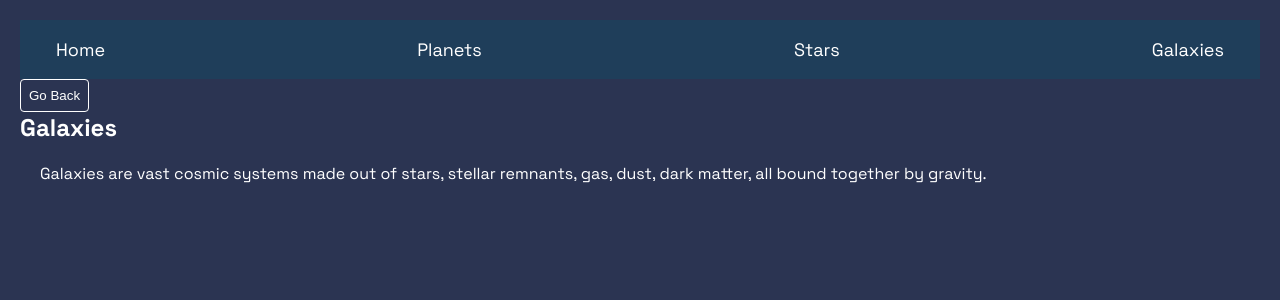
Repository: rmdayberry/Cosmic-Encyclopedia
Page: /galaxies
The author's editor kept a copy of each file at every save. The page is drawn from the files as they stood at one save, then again after the next save.
The browser window is 1280 px wide. The pictures show the whole page.
The project was rebuilt for these pictures with package versions that can differ from the ones it lists, and the page was loaded fresh each time. Also part of the build but not shown: vite.config.js, src/pages/Homepage.js.

Above is the page before, as saved 2024-08-31 16:05:56.

### index.html
<!DOCTYPE html>
<html lang="en">
  <head>
    <meta charset="UTF-8" />
    <meta name="viewport" content="width=device-width, initial-scale=1.0" />
    <title>Cosmic Encyclopedia</title>
  </head>
  <body>
    <div id="root"></div>
    <script type="module" src="/src/main.jsx"></script>
  </body>
</html>

### src/App.jsx
import { BrowserRouter as Router, Routes, Route } from "react-router-dom";
import NavBar from "./NavBar";
import NavigateBackButton from "./NavigateBackButton";

//pages
import Homepage from "./pages/Homepage";
import ContentPage from "./pages/ContentPage";

function App() {
  return (
    <Router>
      <NavBar />
      <NavigateBackButton />
      <Routes>
        <Route path="/" element={<Homepage />} />
        <Route path="/:id" element={<ContentPage />} />
      </Routes>
    </Router>
  );
}

export default App;

### src/index.css
@import url("https://fonts.googleapis.com/css2?family=Space+Grotesk:wght@300..700&display=swap");

:root {
  --primary: #1f3e5a;
  --secondary: #2b3452;
}

body {
  margin: 0;
  padding: 20px;
  font-family: "Space Grotesk";
  background-color: var(--secondary);
}
* {
  color: #fff;
  margin: 0;
}

p {
  margin: 20px;
}

button {
  border: 1px solid white;
  padding: 8px;
  border-radius: 4px;
  color: white;
  background: var(--primary);
  cursor: pointer;
}

.nav-bar {
  display: flex;
  justify-content: space-between;
  gap: 16px;
  align-items: center;
  padding: 10px 20px;
  background-color: var(--primary);
}

.nav-bar a {
  color: white;
  text-decoration: none;
  padding: 8px 16px;
  font-size: 18px;
  transition: color 0.3s;
}

.nav-bar a:hover {
  color: orangered;
}

.backBtn {
  background-color: var(--secondary);
  transition: color 0.3s;
}
.backBtn:hover {
  background-color: orangered;
}

### src/NavBar.jsx
import { Link } from "react-router-dom";

export default function NavBar() {
  return (
    <nav className="nav-bar">
      <Link to="/">Home</Link>
      <Link to="/planets">Planets</Link>
      <Link to="/stars">Stars</Link>
      <Link to="/galaxies">Galaxies</Link>
    </nav>
  );
}

### src/NavigateBackButton.jsx
import { useNavigate } from "react-router-dom";

const NavigateBackButton = () => {
  const navigate = useNavigate();

  return (
    <button className="backBtn" onClick={() => navigate(-1)}>
      Go Back
    </button>
  );
};

export default NavigateBackButton;

### src/pages/ContentPage.jsx
import { useParams } from "react-router-dom";
import celestialData from "../data/celestialData";

export default function ContentPage() {
  const { id } = useParams();
  const content = celestialData[id];

  if (!content) {
    return <p>Content not found. Please choose another celestial object.</p>;
  }
  return (
    <div>
      <h2>{content.title}</h2>
      <p>{content.description}</p>
    </div>
  );
}

### src/data/celestialData.js
const celestialData = {
  planets: {
    title: "Planets",
    description:
      "Planets are facinating worlds that orbit around stars, each with unique characteristics, landscapes, and atmospheres. From the icy rings of Saturn, to the fiery surface of Venus, these celestial bodies offer endless opportunities for exploration and discovery",
  },
  stars: {
    title: "Stars",
    description:
      "Stars are massive, luminous spheres of plasma held together by gravity. The closest star to Earth is the Sun.",
  },
  galaxies: {
    title: "Galaxies",
    description:
      "Galaxies are vast cosmic systems made out of stars, stellar remnants, gas, dust, dark matter, all bound together by gravity.",
  },
};

export default celestialData;

Loaded but not shown: src/main.jsx (common file)

After the next save:
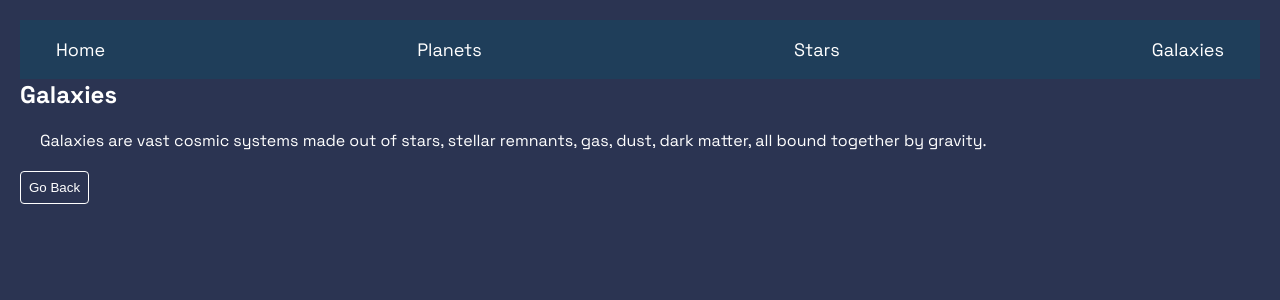
Saved 44 s later.
--- a/src/App.jsx
+++ b/src/App.jsx
@@ -10,11 +10,11 @@ function App() {
   return (
     <Router>
       <NavBar />
-      <NavigateBackButton />
       <Routes>
         <Route path="/" element={<Homepage />} />
         <Route path="/:id" element={<ContentPage />} />
       </Routes>
+      <NavigateBackButton />
     </Router>
   );
 }
